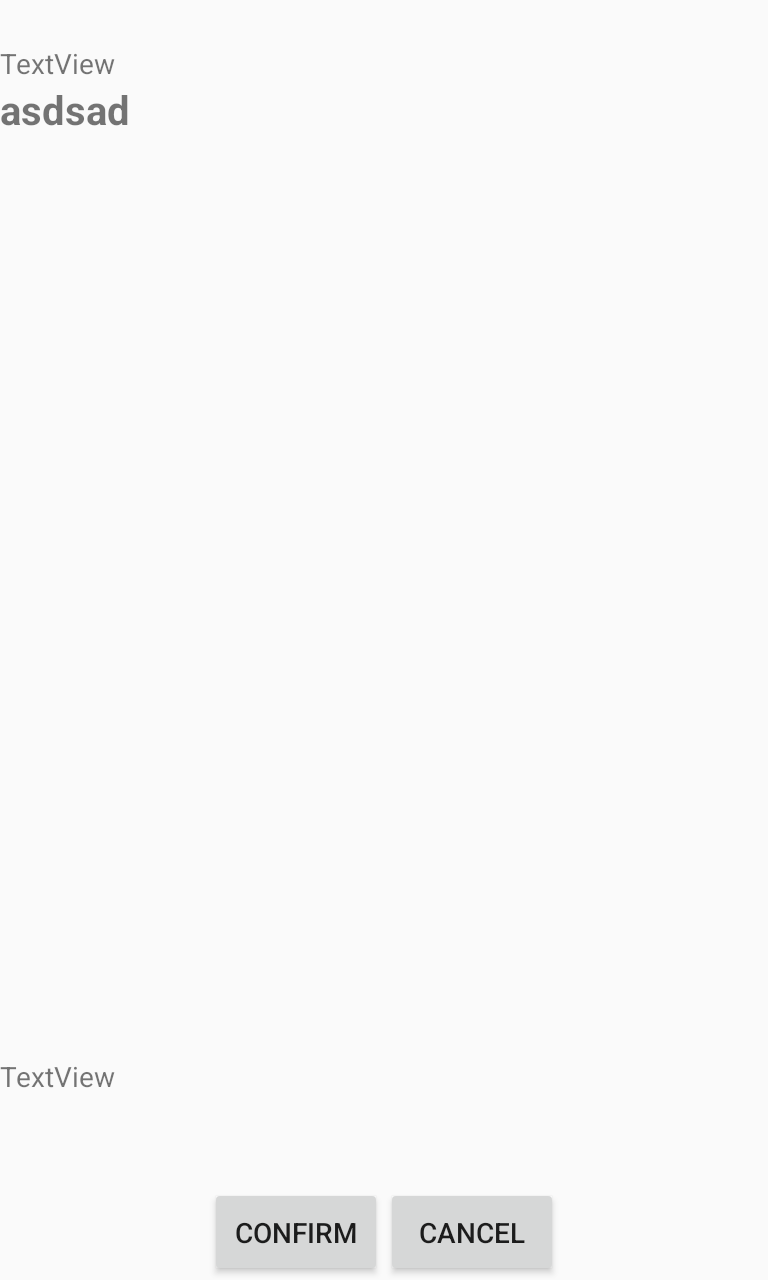
Repository: TeamZhao/Assignment-Tracker
Layout: AssignmentTracker/res/layout/activity_delete_semester_confirmation.xml
These files come from the project's save history. The layout is drawn as it stood at one moment and after the next save; the edit follows.
It is drawn on a 768 x 1280 px phone screen (xhdpi) without system bars, with theme AppTheme; the app's code is not run.

Above is the layout before, as saved 2014-11-15 06:21:18.

### AssignmentTracker/res/layout/activity_delete_semester_confirmation.xml
<TableLayout xmlns:android="http://schemas.android.com/apk/res/android"
    xmlns:tools="http://schemas.android.com/tools"
    android:layout_width="match_parent"
    android:layout_height="match_parent"
    android:layout_alignLeft="@+id/textView_DisplaySemContents"
    android:layout_below="@+id/textView_DisplaySemContents"
    tools:context="com.example.assignmenttracker.DeleteSemesterConfirmationActivity" >

    <TableRow
        android:id="@+id/tableRow1"
        android:layout_width="wrap_content"
        android:layout_height="wrap_content"
        android:layout_weight="1"
        android:gravity="bottom"
        android:orientation="horizontal" >

        <LinearLayout
            android:layout_width="wrap_content"
            android:layout_height="wrap_content"
            android:orientation="vertical" >

            <TextView
                android:id="@+id/textView_SemInfoNotice"
                android:layout_width="wrap_content"
                android:layout_height="wrap_content"
                android:text="TextView" />

            <TextView
                android:id="@+id/textView_DisplaySemTitle"
                android:layout_width="wrap_content"
                android:layout_height="wrap_content"
                android:layout_alignParentLeft="true"
                android:layout_alignParentTop="true"
                android:scrollbarAlwaysDrawVerticalTrack="true"
                android:scrollbarStyle="insideOverlay"
                android:scrollbars="vertical"
                android:text="asdsad"
                android:textSize="20sp"
                android:textStyle="bold" />
        </LinearLayout>
    </TableRow>

    <TableRow
        android:id="@+id/tableRow2"
        android:layout_width="wrap_content"
        android:layout_height="wrap_content"
        android:layout_weight="20" >

        <TextView
            android:id="@+id/textView_DisplaySemContents"
            android:layout_width="wrap_content"
            android:layout_height="wrap_content"
            android:layout_alignParentLeft="true"
            android:layout_alignParentTop="true"
            android:scrollbarAlwaysDrawVerticalTrack="true"
            android:scrollbarStyle="insideOverlay"
            android:scrollbars="vertical"
            android:text="" />
    </TableRow>

    <TableRow
        android:id="@+id/tableRow2"
        android:layout_width="wrap_content"
        android:layout_height="wrap_content"
        android:layout_weight="1" >

        <TextView
            android:id="@+id/textView_ContinueNotice"
            android:layout_width="wrap_content"
            android:layout_height="wrap_content"
            android:text="TextView" />

    </TableRow>

    <TableRow
        android:id="@+id/tableRow3"
        android:layout_width="wrap_content"
        android:layout_height="wrap_content"
        android:layout_weight="1"
        android:gravity="bottom|center|" >

        <LinearLayout
            android:layout_width="wrap_content"
            android:layout_height="wrap_content"
            android:layout_weight="1"
            android:gravity="center" >

            <Button
                android:id="@+id/btn_deleteSem"
                android:layout_width="wrap_content"
                android:layout_height="wrap_content"
                android:text="@string/confirm" />

            <Button
                android:id="@+id/btn_cancelDeleteSem"
                android:layout_width="wrap_content"
                android:layout_height="wrap_content"
                android:text="@string/cancel" />
        </LinearLayout>
    </TableRow>

</TableLayout>

### AssignmentTracker/res/values/strings.xml
<?xml version="1.0" encoding="utf-8"?>
<resources>

    <string name="app_name">Assignment Tracker</string>
    <string name="hello_world">Hello world!</string>
    <string name="action_settings">Settings</string>
    <string name="title_activity_add_semester">Add New Semester</string>
    <string name="semesterDetails">Add semester</string>
    <string name="semesterNo">Enter your semester number</string>
    <string name="semesterName">Enter the semester name and other info</string>
    <string name="addSemester">Add</string>
    <string name="cancelSemester">Cancel</string>
    <string name="nameOfSemester">Name</string>
    <string name="semester">Semester</string>
    <string name="title_activity_main">Assignment Tracker</string>
    <string name="instsuction_add">Please press menu button on the upper right corner to add new record.</string>
    <string name="add_semester">Add Semester</string>
    <string name="add_course">Add Course/Project</string>
    <string name="add_assignment">Add Assignment</string>
    <string name="title_activity_add_assignment">Add New Assignment</string>
    <string name="title">Title</string>
    <string name="course">Course</string>
    <string name="due_date">Due Date</string>
    <string name="progress">Progress</string>
    <string name="add">Add</string>
    <string name="cancel">Cancel</string>
    <string name="delete">Delete</string>
    <string name="update">Update</string>
    <string name="confirm">Confirm</string>
    <string name="title_activity_update_assignment">Update Assignment</string>
    <string name="title_activity_add_course">Add New Course</string>
    <string name="course_code">Course Code</string>
    <string name="professor">Professor</string>
    <string name="course_name">Course Name</string>
    <string name="course_description">Course Description</string>
    <string name="title_activity_show_semesters">Semesters</string>
    <string name="show_semesters">Show All Semesters</string>
    <string name="title_activity_show_courses">Courses</string>
    <string name="show_courses">Show All Courses</string>
    <string name="title_activity_update_course">Update Course</string>
    <string name="title_activity_update_semester">Update Semester</string>
    <string name="Update">Update</string>
    <string name="updateSemester">Update Semester</string>
    <string name="title_activity_splash_screen">Assignment Tracker</string>
    <string name="companyLogo">Company Logo</string>
    <string name="ImA">I am a..</string>
    <string name="teacher">Teacher</string>
    <string name="student">Student</string>
    <string name="title_activity_delete_semester_confirmation">Delete Semester Confirmation</string>

</resources>

Loaded but not shown: AssignmentTracker/res/values/styles.xml (common file); AssignmentTracker/res/values-v11/styles.xml (common file); AssignmentTracker/res/values-v14/styles.xml (common file)

After the next save:
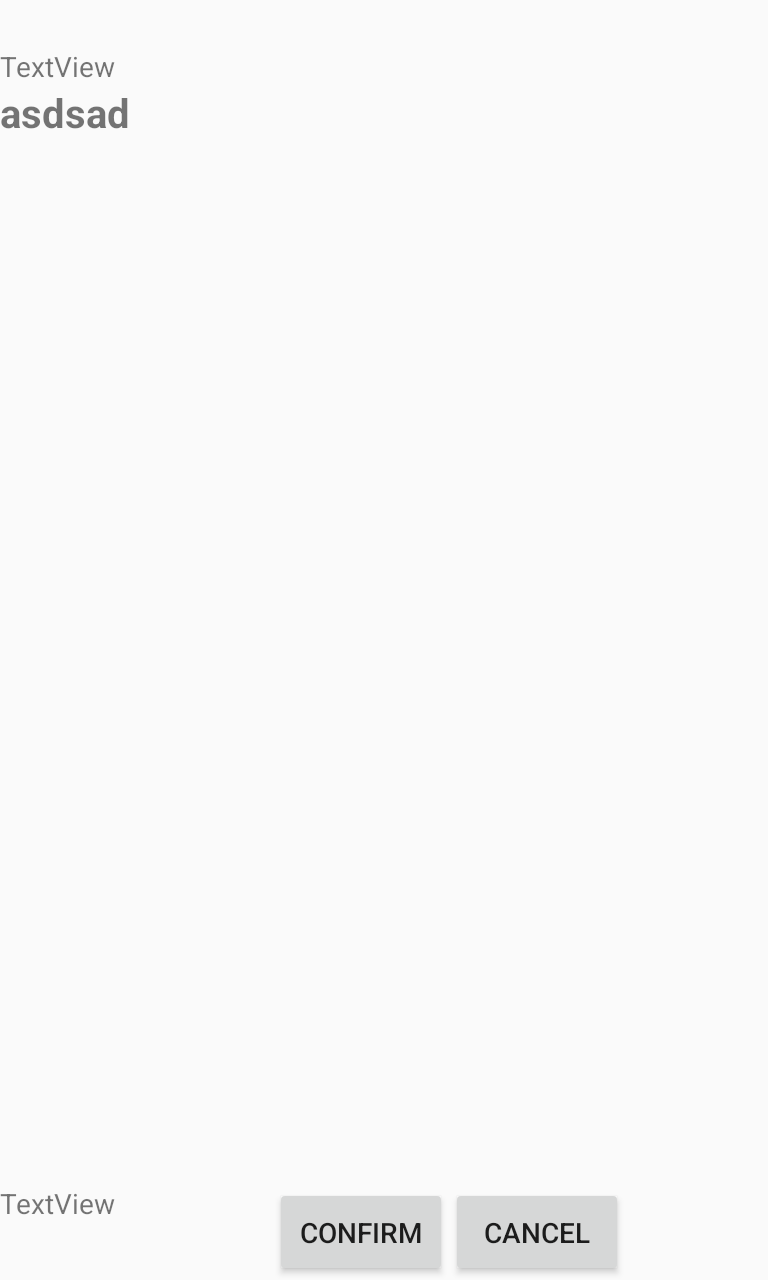
Saved 2 min 1 s later.
--- a/AssignmentTracker/res/layout/activity_delete_semester_confirmation.xml
+++ b/AssignmentTracker/res/layout/activity_delete_semester_confirmation.xml
@@ -59,25 +59,20 @@
     </TableRow>
 
     <TableRow
-        android:id="@+id/tableRow2"
+        android:id="@+id/tableRow3"
         android:layout_width="wrap_content"
         android:layout_height="wrap_content"
-        android:layout_weight="1" >
+        android:layout_weight="1"
+        android:gravity="bottom|center|" >
+    </TableRow>
+
+    <TableRow>
 
         <TextView
             android:id="@+id/textView_ContinueNotice"
             android:layout_width="wrap_content"
             android:layout_height="wrap_content"
             android:text="TextView" />
-
-    </TableRow>
-
-    <TableRow
-        android:id="@+id/tableRow3"
-        android:layout_width="wrap_content"
-        android:layout_height="wrap_content"
-        android:layout_weight="1"
-        android:gravity="bottom|center|" >
 
         <LinearLayout
             android:layout_width="wrap_content"
